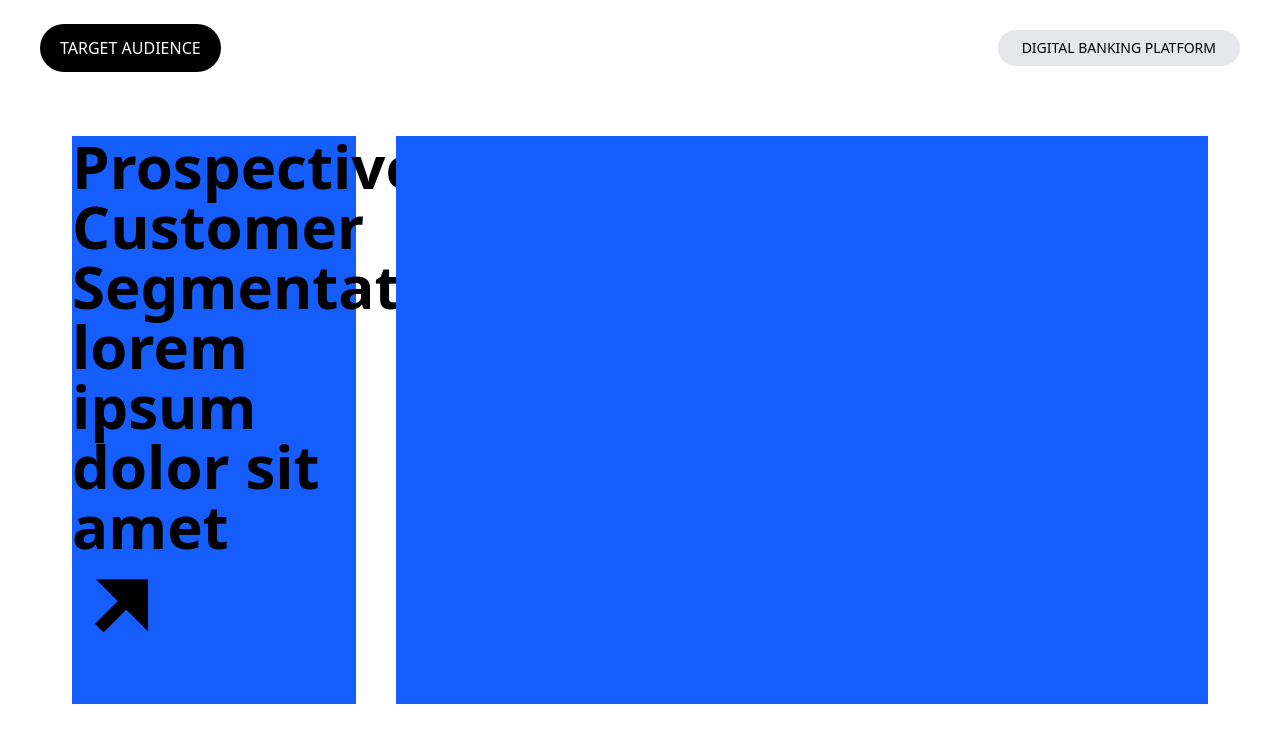
Repository: Mohitkumar1322/ReactTut
Page: / (app in projectSher1/)
These files come from the project's save history. The page is drawn as it stood at one moment and after a run of saves; the edit follows.
The browser window is 1280 px wide. The pictures show the whole page.
The project was rebuilt for these pictures with package versions that can differ from the ones it lists, and the page was loaded fresh each time. Also part of the build but not shown: projectSher1/vite.config.js.

Above is the page before, as saved 2025-11-16 14:06:47.

### projectSher1/src/App.jsx
import React from 'react'
import Section1 from './components/Section1/Section1'
import Section2 from './components/Section2/Section2'

export default function App() {
  return (
    <div>
      <Section1 />
      <Section2 />
    </div>
  )
}

### projectSher1/src/components/Section1/Section1.jsx
import React from 'react'
import Navbar from './Navbar'
import Page1Content from './Page1Content'

const Section1 = () => {
  return (
    <div>
      <Navbar />
      <Page1Content />
    </div>
  )
}

export default Section1

### projectSher1/src/components/Section2/Section2.jsx
import React from 'react'

const Section2 = () => {
  return (
    <div >


    </div>
  )
}

export default Section2

### projectSher1/src/components/Section1/Navbar.jsx
import React from 'react'

const Navbar = () => {
  return (
    <div className='flex justify-between items-center py-6 px-10 '>
        <h4 className='bg-black text-white px-5 py-3 uppercase rounded-full '>Target Audience</h4>
        <button className='bg-gray-200 px-6 py-2 uppercase rounded-full text-sm'> Digital Banking Platform</button>

    </div>
  )
}

export default Navbar

### projectSher1/src/components/Section1/Page1Content.jsx
import React from 'react'
import LeftContent from './LeftContent'
import RightContent from './RightContent'

const Page1Content = () => {
  return (
    <div className='py-10 flex items-center gap-10 justify-between px-18 h-[90vh] '>

      <LeftContent />
      <RightContent />

    </div>
  )
}

export default Page1Content

### projectSher1/src/components/Section1/LeftContent.jsx
import React from 'react'

const LeftContent = () => {
  return (
    <div className='h-full w-1/4 bg-blue-600 text-6xl font-bold '>
      <div>
        <h3>
            Prospective<br></br> <span>Customer</span> <br />Segmentation
        </h3>
        <p>lorem ipsum dolor sit amet
        </p>
      </div>
      <div className='text-8xl'>
        <i className="ri-arrow-right-up-fill"></i>
      </div>
    </div>
  )
}

export default LeftContent

### projectSher1/src/components/Section1/RightContent.jsx
import React from 'react'
import 'remixicon/fonts/remixicon.css';

const RightContent = () => {
  return (
    <div className='h-full w-3/4 bg-blue-600'>

    </div>
  )
}

export default RightContent

Loaded but not shown: projectSher1/index.html (common file); projectSher1/src/main.jsx (common file); projectSher1/src/index.css (common file)

After the next 2 saves:
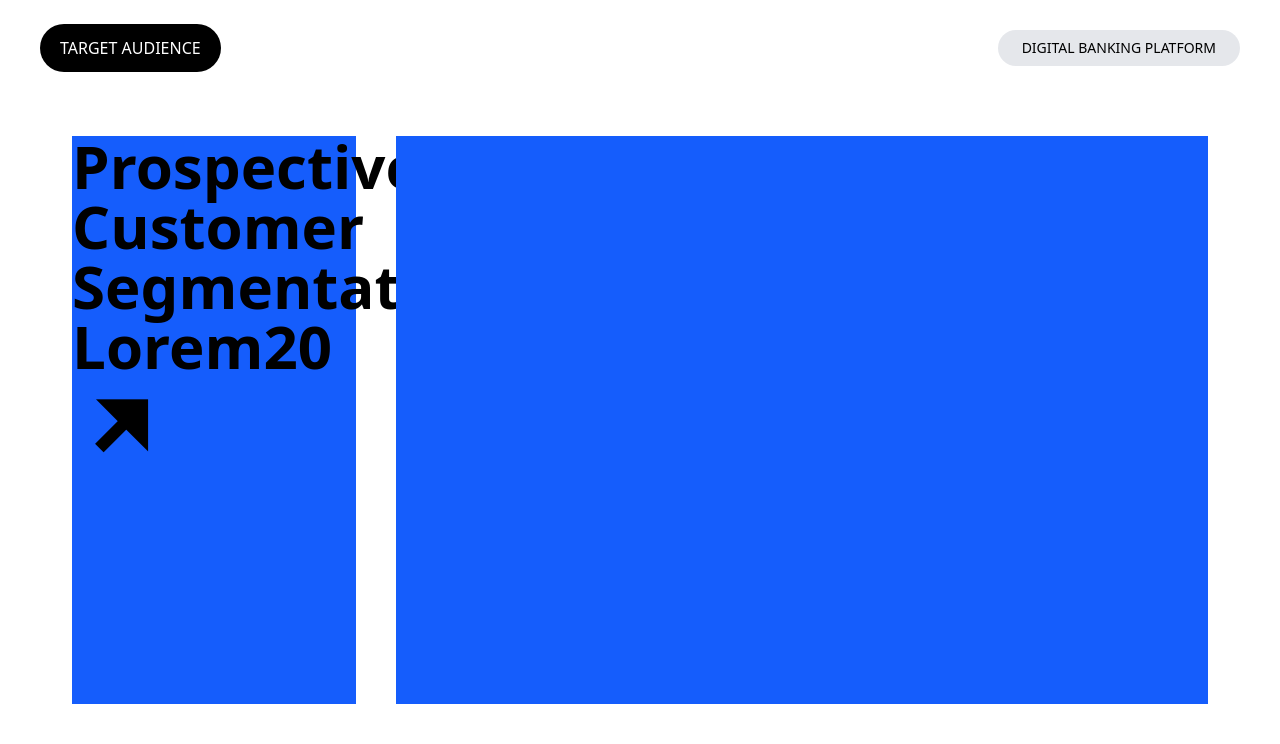
The 2 saves are shown as one change because they came seconds apart.
The last was saved 9 s later.
--- a/projectSher1/src/components/Section1/LeftContent.jsx
+++ b/projectSher1/src/components/Section1/LeftContent.jsx
@@ -7,7 +7,8 @@ const LeftContent = () => {
         <h3>
             Prospective<br></br> <span>Customer</span> <br />Segmentation
         </h3>
-        <p>lorem ipsum dolor sit amet
+        <p>Lorem20
+
         </p>
       </div>
       <div className='text-8xl'>
